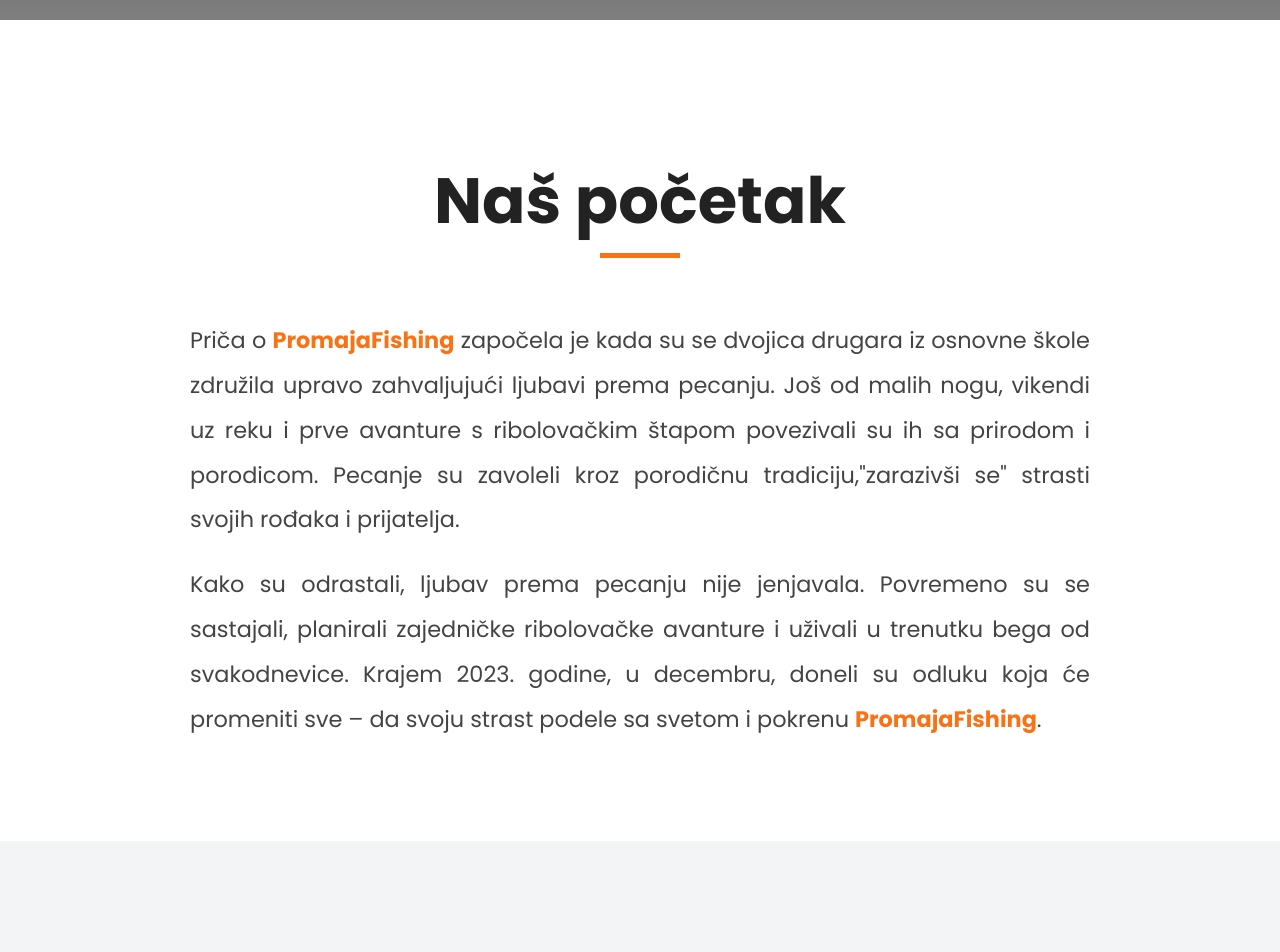
Repository: dimitrijekokovic/PromajaShopFront
Page: /aboutus
An editor plug-in stored every save of this project. The page is shown before and after the next save, followed by the edit.
The browser window is 1280 px wide. The pictures show the part of the page from y = 591 to 1543 px (the page is 4029 px tall).
Pictures or frames that could not be fetched are drawn as grey boxes. The page's requests for data from a server got no answer. The project was rebuilt for these pictures with package versions that can differ from the ones it lists, and the page was loaded fresh each time. The framework's server and built-in components were replaced by stand-ins that run in the browser. No one was signed in, and anything a server would have sent is missing. Also part of the build but not shown: next.config.js, next.config.mjs.

Above is the page before, as saved 2025-02-18 17:03:12.

### pages/_app.js
import React, { useEffect } from "react";
import { SessionProvider } from "next-auth/react";
import { CartContextProvider } from "@/components/CartContext";
import AOS from "aos";
import "aos/dist/aos.css";
import { AnimatePresence, motion } from "framer-motion";
import { createGlobalStyle } from "styled-components";


const GlobalStyles = createGlobalStyle`
  body {
    background-color: #EFEFE8;
    padding: 0;
    margin: 0;
    font-family: 'Poppins', sans-serif;
  }
`;

export default function App({ Component, pageProps, router }) {
  useEffect(() => {
    AOS.init({
      duration: 1200, // Trajanje animacija
      once: true, // Animacije se dešavaju samo jednom
    });
  }, []);

  return (
    <>
    <GlobalStyles />
    <SessionProvider session={pageProps.session}>
      <CartContextProvider>
        <AnimatePresence mode="wait">
          <motion.div
             key={router.route}
             initial={{ opacity: 0, }}
             animate={{ opacity: 1, }}
             exit={{ opacity: 0 }}
             transition={{ duration: 0.3 }}
          >
            <Component {...pageProps} />
          </motion.div>
        </AnimatePresence>
      </CartContextProvider>
    </SessionProvider>
    </>
  );
}

### pages/_document.js
import Document, { Html, Head, Main, NextScript } from "next/document";
import { ServerStyleSheet } from "styled-components";

export default class MyDocument extends Document {
  static async getInitialProps(ctx) {
    const sheet = new ServerStyleSheet();
    const originalRenderPage = ctx.renderPage;

    try {
      ctx.renderPage = () =>
        originalRenderPage({
          enhanceApp: (App) => (props) =>
            sheet.collectStyles(<App {...props} />),
        });

      const initialProps = await Document.getInitialProps(ctx);
      return {
        ...initialProps,
        styles: (
          <>
            {initialProps.styles}
            {sheet.getStyleElement()}
          </>
        ),
      };
    } finally {
      sheet.seal();
    }
  }

  render() {
    return (
      <Html lang="en">
        <Head>
          <link
            href="https://fonts.googleapis.com/css2?family=Poppins:wght@400;500;700&display=swap'"
            rel="stylesheet"
          />
        </Head>
        <body>
          <Main />
          <NextScript />
        </body>
      </Html>
    );
  }
}

### pages/aboutus.js
import styled from "styled-components";
import { Swiper, SwiperSlide } from "swiper/react";
import "swiper/css";
import "swiper/css/navigation";
import "swiper/css/pagination";
import { Navigation, Pagination, Autoplay } from "swiper";
import Header from "@/components/Header";
import Footer from "@/components/Footer";

const Section = styled.section`
  padding: 80px 20px;
  background-color: ${(props) => (props.gray ? "#f3f4f6" : "white")};
  text-align: center;
  overflow: hidden;
`;

const Title = styled.h1`
  font-size: 4rem;
  font-weight: 900;
  margin-bottom: 40px;
  color: #222;
  position: relative;
  display: inline-block;
  padding-bottom: 10px;

  &:after {
    content: "";
    position: absolute;
    width: 80px;
    height: 5px;
    background: #f97316;
    bottom: 0;
    left: 50%;
    transform: translateX(-50%);
  }
`;

const Subtitle = styled.h2`
  font-size: 2.5rem;
  color: #f97316;
  margin: 40px 0;
  font-weight: 700;
`;

const Text = styled.p`
  font-size: 1.4rem;
  line-height: 2;
  color: #444;
  max-width: 900px;
  margin: 20px auto;
  text-align: justify;

  @media (max-width: 768px) {
    font-size: 1.2rem; /* Smanji font za mobilne uređaje */
    padding: 0 15px; /* Dodaj padding za bolju čitljivost na manjim ekranima */
  }
`;

const Highlight = styled.span`
  color: #f97316;
  font-weight: bold;
`;

const SwiperContainer = styled.div`
  max-width: 1100px;
  margin: 50px auto;
  border-radius: 15px;
  overflow: hidden;

  .swiper-slide img {
    width: 100%; /* Prilagodjava širinu slike veličini containera */
    height: 700px; /* Zadrži visinu za desktop */
    object-fit: cover; /* Održava proporcije slike */
    border-radius: 10px; /* Zaobljeni uglovi */
  }

  .swiper-pagination-bullet {
    background: #f97316;
  }

  @media (max-width: 768px) {
    .swiper-slide img {
      height: 250px; /* Manja visina za mobilne uređaje */
      object-position: 25% 60%; /* Fokusiraj donji deo slike (riba) */
    }
  }
`;




const ImageBanner = styled.div`
  width: 100%;
  height: 500px;
  background-image: url("https://d1l57x9nwbbkz.cloudfront.net/files/s3fs-public/styles/article_masthead/public/2022-03/fishing-stanley-resort-sunset-country.jpg.webp?VersionId=7cKKlfZzQEbVXSA3LojqVO00lvjjF9f7&itok=75vxcPhT");
  background-size: cover; /* Fokus na ključni deo slike */
  background-position: center center; /* Centriraj sliku */
  background-repeat: no-repeat;
  position: relative;

  &:before {
    content: "";
    position: absolute;
    width: 100%;
    height: 100%;
    background: linear-gradient(
      rgba(0, 0, 0, 0.6),
      rgba(0, 0, 0, 0.2)
    ); /* Gradijent za moderniji izgled */
    top: 0;
    left: 0;
  }
    @media (max-width: 768px) {
    height: 300px; /* Manja visina za mobilne uređaje */
  }
`;

const BannerText = styled.div`
  position: absolute;
  top: 50%;
  left: 50%;
  transform: translate(-50%, -50%);
  color: white;
  text-align: center;

  h1 {
    font-size: 3.2rem; /* Veći naslov za upečatljivost */
    font-weight: 900;
    margin: 0;
    text-shadow: 2px 2px 8px rgba(0, 0, 0, 0.7); /* Dodaj blagu senku za kontrast */
  }

  p {
    font-size: 1.8rem; /* Istakni podnaslov */
    margin-top: 15px;
    font-style: italic;
    text-shadow: 2px 2px 6px rgba(0, 0, 0, 0.5);
  }
    @media (max-width: 768px) {
    h1 {
      font-size: 2rem; /* Još manji naslov za vrlo male uređaje */
    }
    p {
      font-size: 1rem;
    }
  }
`;
export default function AboutUs() {
  return (
    <>
      <Header />
      <ImageBanner>
        <BannerText>
          <h1>PromajaFishing Priča</h1>
          <p>Priroda. Strast. Zajednica.</p>
        </BannerText>
      </ImageBanner>

      <Section>
        <Title>Naš početak</Title>
        <Text>
          Priča o <Highlight>PromajaFishing</Highlight> započela je kada su se dvojica drugara iz osnovne škole
          združila upravo zahvaljujući ljubavi prema pecanju. Još od malih nogu, vikendi uz reku i prve avanture s
          ribolovačkim štapom povezivali su ih sa prirodom i porodicom. Pecanje su zavoleli kroz porodičnu tradiciju,
          {"\"zarazivši se\""} strasti svojih rođaka i prijatelja.
        </Text>
        <Text>
          Kako su odrastali, ljubav prema pecanju nije jenjavala. Povremeno su se sastajali, planirali zajedničke
          ribolovačke avanture i uživali u trenutku bega od svakodnevice. Krajem 2023. godine, u decembru, doneli su
          odluku koja će promeniti sve – da svoju strast podele sa svetom i pokrenu <Highlight>PromajaFishing</Highlight>.
        </Text>
      </Section>

      <Section gray>
        <Subtitle>Prvi koraci</Subtitle>
        <Text>
          Profil na društvenim mrežama otvoren je sa idejom da se objavljuju edukativni video sadržaji o pecanju.
          Isprva su delili osnovne savete, trikove i iskustva iz sopstvenih avantura. Na njihovo iznenađenje, strast
          koju su delili prepoznali su mnogi, a zajednica ljubitelja pecanja počela je da raste neverovatnom brzinom.
        </Text>
        <Text>
          Shvatili su da mogu da učine mnogo više – da okupe sve zaljubljenike u ribolov na jednom mestu i izgrade
          zajednicu koja deli ljubav prema prirodi, vodi i ovom divnom sportu. Tako je <Highlight>PromajaFishing </Highlight>
          psotao više od brenda – postao je pokret.
        </Text>
      </Section>

      <SwiperContainer>
  <Swiper
    modules={[Navigation, Pagination, Autoplay]}
    navigation
    pagination={{ clickable: true }}
    autoplay={{ delay: 3000 }}
    loop={true}
    spaceBetween={30}
    slidesPerView={1}
  >
    <SwiperSlide>
      <img
        src="/slika1.jpg" /* Relativna putanja do slike u public folderu */
        alt="Prva slika"
      />
    </SwiperSlide>
    <SwiperSlide>
      <img
        src="/slika2.jpg" /* Relativna putanja do slike u public folderu */
        alt="Druga slika"
      />
    </SwiperSlide>
    <SwiperSlide>
      <img
        src="/slika3.jpg" /* Ako imaš treću sliku, dodaj je ovde ili ukloni ovaj deo */
        alt="Treća slika"
      />
    </SwiperSlide>
  </Swiper>
</SwiperContainer>


      <Section>
        <Subtitle>Naša vizija</Subtitle>
        <Text>
          Naša misija je jasna – <Highlight>stvoriti najveću ribolovačku zajednicu na Balkanu</Highlight>. Želimo da
          svakog dana inspirišemo ljude da se povežu sa prirodom, da osete čari ribolova i da dele iskustva sa
          istomišljenicima. Ribolov nije samo sport; on je stil života, prilika za opuštanje i povezivanje sa onim
          što je zaista važno.
        </Text>
        <Text>
          Kroz naše proizvode, edukativne sadržaje i zajedničke događaje, trudimo se da pružimo sve što je potrebno
          ljubiteljima pecanja – od početnika do iskusnih ribolovaca. <Highlight>PromajaFishing</Highlight> je mesto
          gde strast prema vodi spaja ljude.
        </Text>
      </Section>

      <Footer />
    </>
  );
}

### components/CartContext.js
// CartContext.js
import { createContext, useEffect, useState, useContext } from "react";

export const CartContext = createContext({});

export function CartContextProvider({ children }) {
  const ls = typeof window !== "undefined" ? window.localStorage : null;
  const [cartProducts, setCartProducts] = useState([]);
  const [user, setUser] = useState(null);

  // Učitavanje podataka o korisniku iz localStorage prilikom inicijalizacije
  useEffect(() => {
    if (ls && ls.getItem("user")) {
      try {
        const storedUser = ls.getItem("user");
        if (storedUser !== "undefined") {
          const parsedUser = JSON.parse(storedUser);
          if (parsedUser?.email) {
            setUser(parsedUser); // Postavi korisnika samo ako je validan
          } else {
            console.warn("Neispravan korisnik u localStorage, uklanjam.");
            ls.removeItem("user");
          }
        } else {
          console.warn("Stored user je undefined, preskačem parsing.");
        }
      } catch (error) {
        console.error("Greška prilikom parsiranja korisnika iz localStorage:", error);
        ls.removeItem("user");
      }
    }
  }, [ls]);

  // Učitavanje proizvoda u korpi iz localStorage
  useEffect(() => {
    if (cartProducts?.length > 0) {
      ls?.setItem("cart", JSON.stringify(cartProducts));
    } else {
      ls?.removeItem("cart"); // Ako je korpa prazna, ukloni je iz localStorage
    }
  }, [cartProducts]);

  function addProduct(productId) {
    setCartProducts((prev) => [...prev, productId]);
  }

  function removeProduct(productId) {
    setCartProducts((prev) => {
      const pos = prev.indexOf(productId);
      if (pos !== -1) {
        return prev.filter((_, index) => index !== pos);
      }
      return prev;
    });
  }

  function clearCart() {
    setCartProducts([]);
    ls?.removeItem("cart"); // Obriši korpu iz localStorage
  }

  return (
    <CartContext.Provider
      value={{
        cartProducts,
        setCartProducts,
        addProduct,
        removeProduct,
        clearCart,
        user,
        setUser,
      }}
    >
      {children}
    </CartContext.Provider>
  );
}

export function useCart() {
  return useContext(CartContext);
}

### components/Header.js
import Link from "next/link";
import styled from "styled-components";
import Center from "./Center";
import Image from "next/image";
import { CartContext } from "./CartContext";
import { useContext, useState, useEffect } from "react";
import { FaUserCircle } from "react-icons/fa";
import CategoriesDropdown from "./CategoriesDropdown";

const StyledHeader = styled.header`
  background-color: #222;
  color: #FFA500;
  padding: 35px 25px;
  box-shadow: 0 2px 5px rgba(0, 0, 0, 0.2);
  overflow: visible; /* Postavi ovako ako postoji problem */
`;

const Wrapper = styled.div`
  display: flex;
  justify-content: space-between;
  align-items: center;
`;

const StyledNav = styled.nav`
  display: flex;
  gap: 20px;
  align-items: center;
    overflow: visible; /* Dodaj ovo */

  @media (max-width: 768px) {
    display: ${(props) => (props.open ? "flex" : "none")};
    flex-direction: column;
    position: absolute;
    top: 70px;
    left: 0;
    right: 0;
    background-color: #222;
    padding: 20px;
    border-radius: 0 0 10px 10px;
    z-index: 10;
    box-shadow: 0 2px 5px rgba(0, 0, 0, 0.3);
  }
`;

const NavLink = styled(Link)`
  color: #bbbbbb;
  text-decoration: none;
  font-size: 16px;
  font-weight: 500;
  line-height: 40px;
  display: flex;
  align-items: center;
  transition: color 0.3s ease;

  &:hover {
    color: #fff;
  }
`;

const LoginButton = styled(Link)`
  display: flex;
  align-items: center;
  justify-content: center;
  padding: 8px 16px;
  background-color: #f39052;
  color: #222222;
  text-decoration: none;
  border-radius: 5px;
  font-weight: bold;
  font-size: 16px;
  transition: background-color 0.3s ease;

  &:hover {
    background-color: #e69500;
  }

  svg {
    margin-right: 8px;
    font-size: 1.2rem;
  }
`;

const HamburgerMenu = styled.div`
  display: none;
  flex-direction: column;
  gap: 5px;
  cursor: pointer;

  div {
    width: 25px;
    height: 3px;
    background-color: #fff;
    border-radius: 2px;
  }

  @media (max-width: 768px) {
    display: flex;
  }
`;

const LogoWrapper = styled.div`
  max-width: 150px;

  @media (max-width: 768px) {
    max-width: 120px;
  }

  img {
    width: 100%;
    height: auto;
  }
`;

export default function Header() {
  const { cartProducts } = useContext(CartContext);
  const [isLoggedIn, setIsLoggedIn] = useState(false);
  const [menuOpen, setMenuOpen] = useState(false);

  useEffect(() => {
    const token = localStorage.getItem("token");
    setIsLoggedIn(!!token);
  }, []);

  return (
    <StyledHeader>
      <Center>
        <Wrapper>
          <Link href="/">
            <Image
              src="/logo.png"
              alt="PromajaShop Logo"
              width={240}
              height={30}
              priority
            />
          </Link>
          <HamburgerMenu onClick={() => setMenuOpen(!menuOpen)}>
            <div />
            <div />
            <div />
          </HamburgerMenu>
          <StyledNav open={menuOpen}>
            <NavLink href="/aboutus">O nama</NavLink>
            <CategoriesDropdown />
            <NavLink href="/products">Svi proizvodi</NavLink>
            <NavLink href="/cart">Korpa ({cartProducts?.length || 0})</NavLink>

            {isLoggedIn ? (
              <LoginButton href="/account">
                <FaUserCircle /> Moj nalog
              </LoginButton>
            ) : (
              <LoginButton href="/login">
                <FaUserCircle /> Prijavi se
              </LoginButton>
            )}
          </StyledNav>
        </Wrapper>
      </Center>
    </StyledHeader>
  );
}

### components/Footer.js
import Link from "next/link";
import styled from "styled-components";
import { FaInstagram, FaYoutube, FaTiktok } from "react-icons/fa";
import Center from "./Center";

const FooterContainer = styled.footer`
  background-color: #222;
  color: #fff;
  padding-top: 30px;
  margin-top:30px;
`;

const FooterContent = styled.div`
  display: grid;
  grid-template-columns: repeat(4, 1fr);
  gap: 40px;
  max-width: 1200px;
  margin: 0 auto;
  padding: 20px 40px;

  @media (max-width: 768px) {
    grid-template-columns: repeat(2, 1fr);
    gap: 20px;
  }

  @media (max-width: 480px) {
    grid-template-columns: 1fr;
    gap: 10px;
  }
`;


const FooterSection = styled.div`
  background-color: #2a2a2a; /* Tamnija pozadina unutar sekcija */
  padding: 20px;
  border-radius: 5px; /* Blagi zaobljeni uglovi */
  box-shadow: 0 4px 6px rgba(0, 0, 0, 0.1); /* Blagi efekat senke */

  h3 {
    margin-bottom: 10px;
    font-size: 1.2rem;
    text-align: left;
    color: #f7934b; /* Narandžasta za naslove */
  }

  p, ul {
    font-size: 0.9rem;
    line-height: 1.6;
    text-align: left;
    color: #ddd; /* Svetliji tekst */
  }

  ul {
    list-style: none;
    padding: 0;
  }

  li {
    margin-bottom: 10px;

    a {
      color: #fff;
      text-decoration: none;
      transition: color 0.3s ease; /* Tranzicija za hover efekat */

      &:hover {
        color: #ff6600; /* Promena boje na hover */
      }
    }
  }
`;

const SocialLinks = styled.div`
  display: flex;
  flex-direction: column;
  align-items: flex-start;

  a {
    display: flex;
    align-items: center;
    gap: 10px;
    margin-bottom: 10px;
    color: #fff;
    text-decoration: none;
    transition: color 0.3s ease; /* Tranzicija za hover efekat */

    &:hover {
      color: #f7934b; /* Promena boje na hover */
    }

    svg {
      font-size: 1.2rem;
    }
  }
`;


const LegalSection = styled.div`
  background-color: #f7934b;
  text-align: center;
  padding: 1px;
  color: #222222;
  font-size: 1rem; /* Povećan font */

  a {
    color: #222222;
    text-decoration: none;

    &:hover {
      text-decoration: underline;
    }
  }
`;

export default function Footer() {
    return (
      <FooterContainer>
        <Center>
        <FooterContent>
          <FooterSection>
            <h3>O nama</h3>
            <p>
              Vaša prva destinacija za sve potrebe ribolova. Kvalitetne varalice,
              oprema i saveti na jednom mestu.
            </p>
          </FooterSection>

          {/* Linkovi */}
          <FooterSection>
            <h3>Brze veze</h3>
            <ul>
              <li>
                <Link href="/aboutus" legacyBehavior>
                  <a>O nama</a>
                </Link>
              </li>
              <li>
                <Link href="/products" legacyBehavior>
                  <a>Svi proizvodi</a>
                </Link>
              </li>
              <li>
                <Link href="/blog" legacyBehavior>
                  <a>Blog</a>
                </Link>
              </li>
              <li>
                <Link href="/account" legacyBehavior>
                  <a>Moj nalog</a>
                </Link>
              </li>
            </ul>
          </FooterSection>

          {/* Kontakt informacije */}
          <FooterSection>
          <h3>Kontakt</h3>
          <p>Email: promajafishing@gmail.com</p>
          <p>Lokacija: Beograd, Srbija</p>
          </FooterSection>

          {/* Društvene mreže */}
          <FooterSection>
            <h3>Pratite nas</h3>
            <SocialLinks>
            <Link  href="https://www.instagram.com/promajafishing/" legacyBehavior>
                <a target="_blank">
                  <FaInstagram /> Instagram
                </a>
              </Link>
              <Link href="https://www.tiktok.com/@promajafishing?lang=en" legacyBehavior>
                <a target="_blank">
                  <FaTiktok /> TikTok
                </a>
              </Link>

              <Link href="https://www.youtube.com/@PromajaFishing" legacyBehavior>
                <a target="_blank">
                  <FaYoutube /> YouTube
                </a>
              </Link>
            </SocialLinks>
          </FooterSection>
        </FooterContent>
        </Center>
        {/* Pravna napomena */}
        <LegalSection>
          <p>
            &copy; 2024 Promaja Shop. Sva prava zadržana.{" "}
            <Link href="/privatnost" legacyBehavior>
              <a>Politika privatnosti</a>
            </Link>{" "}
            |{" "}
            <Link href="/uslovi" legacyBehavior>
              <a>Uslovi korišćenja</a>
            </Link>
          </p>
        </LegalSection>
      </FooterContainer>
    );
  }

### components/Center.js
import { Children } from "react";
import styled from "styled-components";

const StyledDiv = styled.div`
  max-width: 950px;
  margin: 0 auto;
  padding: 0;
  width: 100%;

  @media (max-width: 768px) {
    max-width: 100%;
  }
`;

export default function Center({ children }) {
  return <StyledDiv>{children}</StyledDiv>;
}

Loaded but not shown: components/CategoriesDropdown.js (276 lines, source omitted)

After the next save:
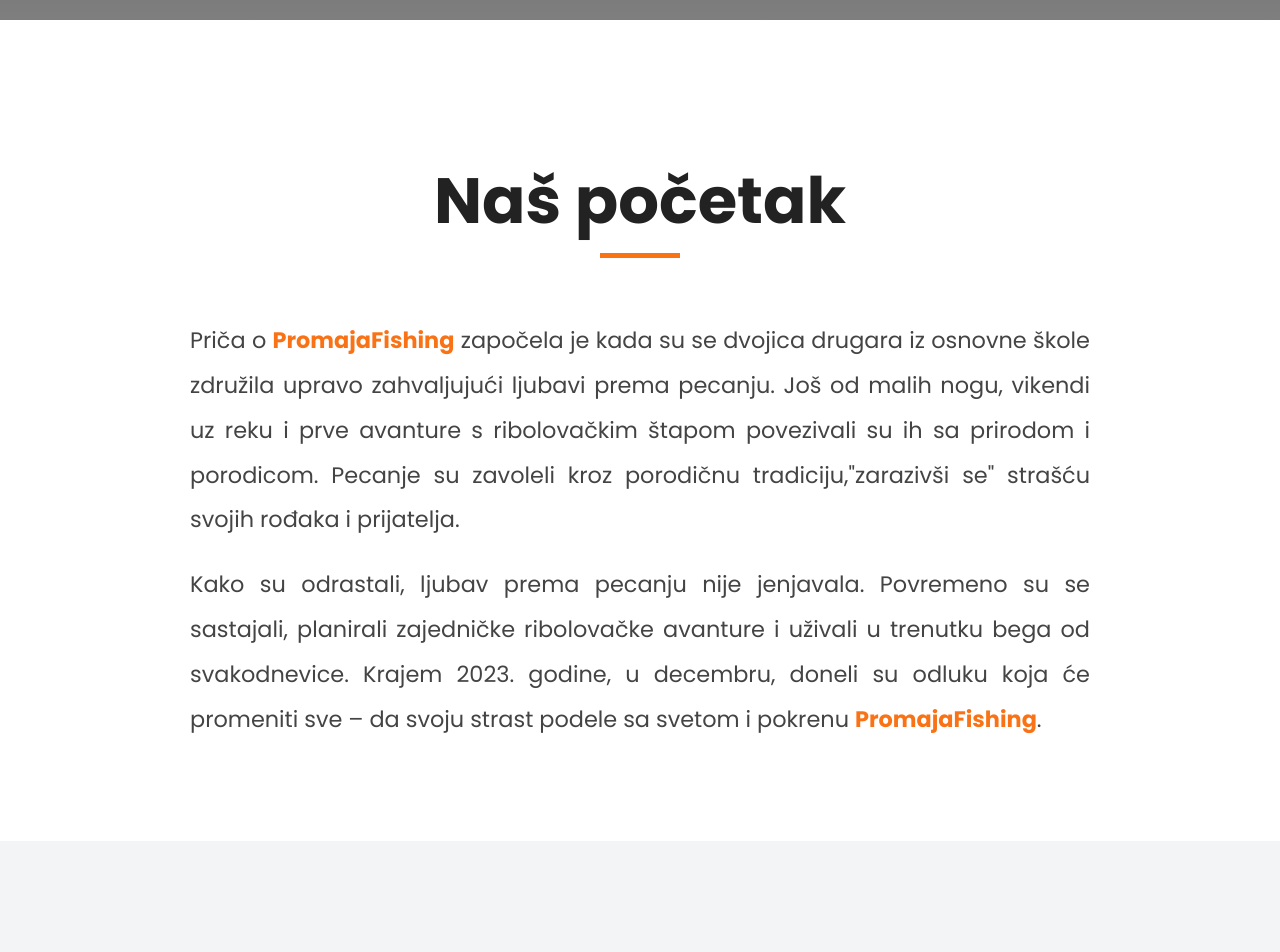
Saved 25 h 59 min later.
--- a/pages/aboutus.js
+++ b/pages/aboutus.js
@@ -162,7 +162,7 @@
           Priča o <Highlight>PromajaFishing</Highlight> započela je kada su se dvojica drugara iz osnovne škole
           združila upravo zahvaljujući ljubavi prema pecanju. Još od malih nogu, vikendi uz reku i prve avanture s
           ribolovačkim štapom povezivali su ih sa prirodom i porodicom. Pecanje su zavoleli kroz porodičnu tradiciju,
-          {"\"zarazivši se\""} strasti svojih rođaka i prijatelja.
+          {"\"zarazivši se\""} strašću svojih rođaka i prijatelja.
         </Text>
         <Text>
           Kako su odrastali, ljubav prema pecanju nije jenjavala. Povremeno su se sastajali, planirali zajedničke
